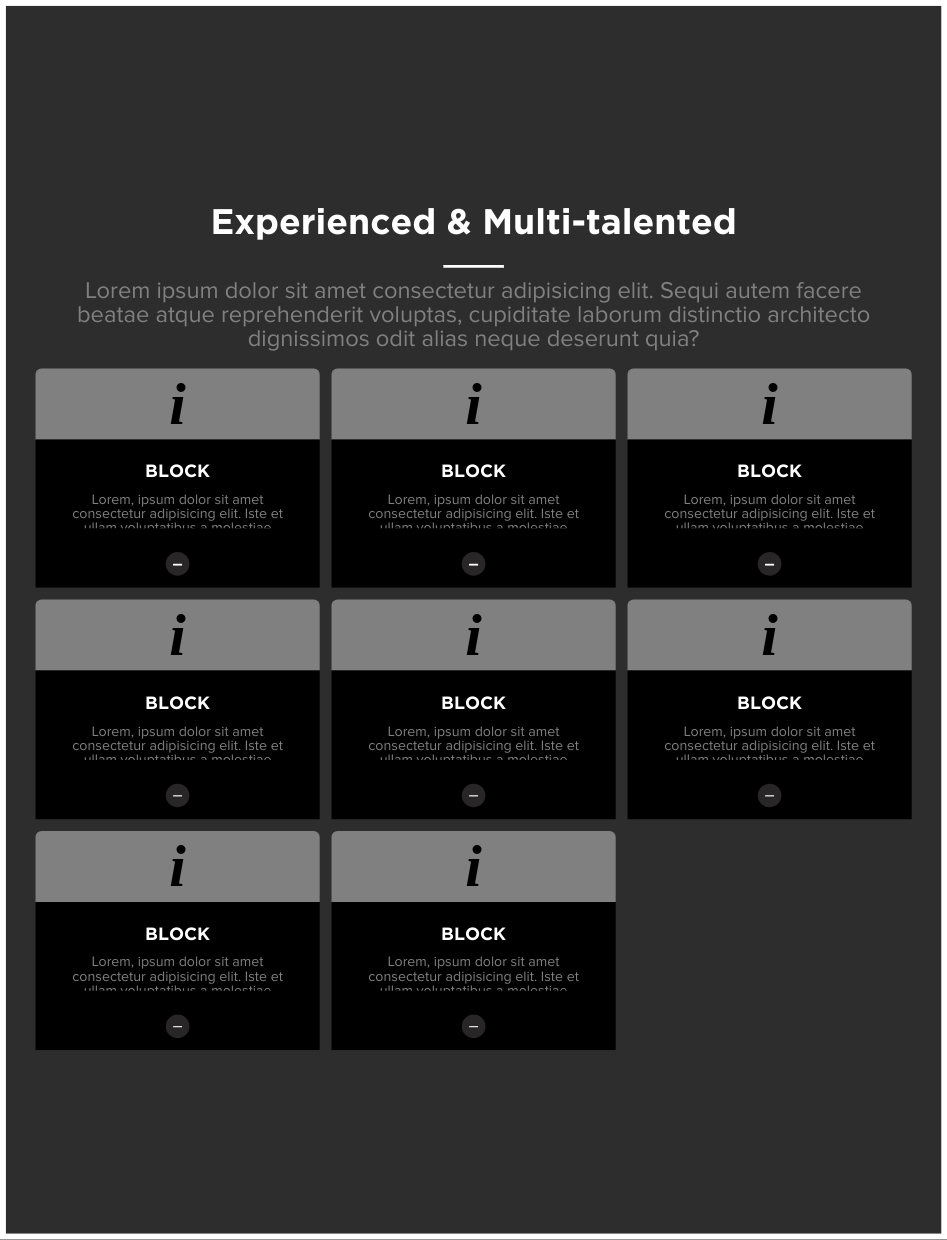
Repository: MohmdMHR/limesharp-test
Page: /
These files come from the project's save history. The page is drawn as it stood at one moment and after the next save; the edit follows.
The browser window is 1280 px wide. The pictures show the whole page, at 74% of full size.
The project was rebuilt for these pictures with package versions that can differ from the ones it lists, and the page was loaded fresh each time. Also part of the build but not shown: vue.config.js.

Above is the page before, as saved 2022-07-20 18:50:07.

After the next save:
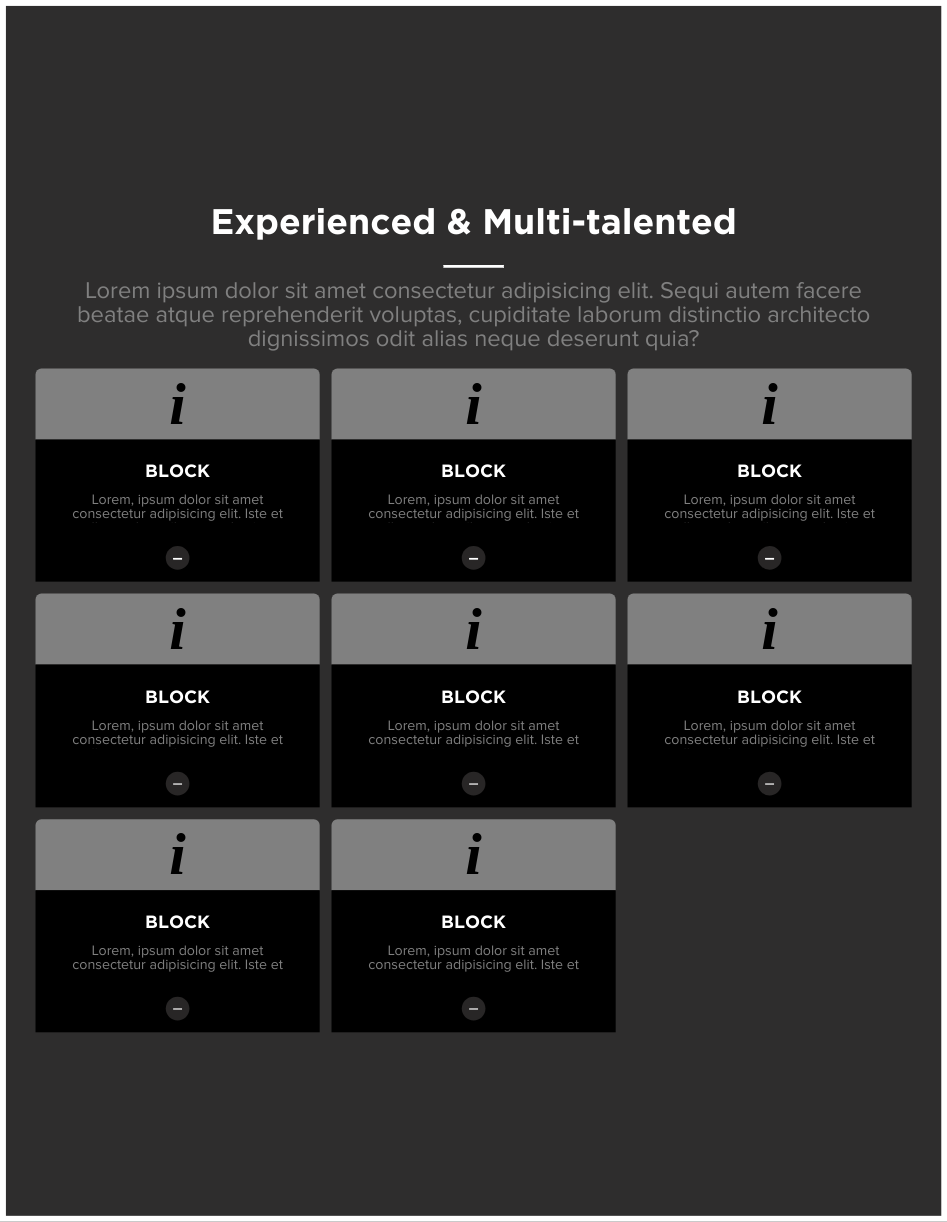
Saved 31 s later.
--- a/src/components/card.vue
+++ b/src/components/card.vue
@@ -71,7 +71,7 @@ export default {
 .card-content-text {
   color: gray;
   text-align: center;
-  height: 3rem;
+  height: 2.5rem;
   overflow: hidden;
   margin: 1rem;
   font-family: "ProximaNova-Regular";
